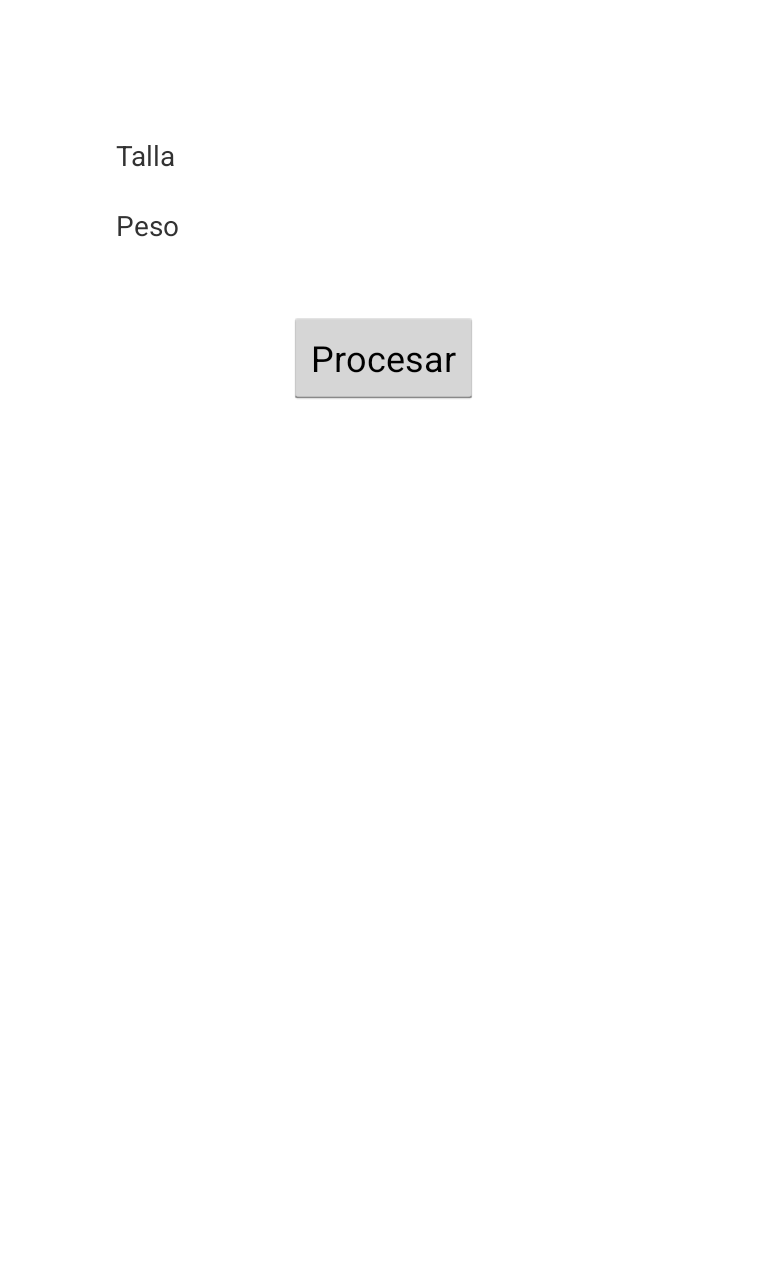
Repository: Joelnuan/joel-android-2
Layout: Session2/res/layout/activity_pantalla2.xml
These files come from the project's save history. The layout is drawn as it stood at one moment and after the next save; the edit follows.
It is drawn on a 768 x 1280 px phone screen (xhdpi) without system bars, with theme AppTheme; the app's code is not run.

Above is the layout before, as saved 2015-05-31 16:38:58.

### Session2/res/layout/activity_pantalla2.xml
<RelativeLayout xmlns:android="http://schemas.android.com/apk/res/android"
    xmlns:tools="http://schemas.android.com/tools"
    android:layout_width="match_parent"
    android:layout_height="match_parent"
    android:paddingBottom="@dimen/activity_vertical_margin"
    android:paddingLeft="@dimen/activity_horizontal_margin"
    android:paddingRight="@dimen/activity_horizontal_margin"
    android:paddingTop="@dimen/activity_vertical_margin"
    tools:context=".Pantalla2" >

    <TextView
        android:id="@+id/txtTalla"
        android:layout_width="wrap_content"
        android:layout_height="wrap_content"
        android:layout_alignParentLeft="true"
        android:layout_alignParentTop="true"
        android:layout_marginLeft="42dp"
        android:layout_marginTop="52dp"
        android:text="@string/etiqueta_talla" />

    <TextView
        android:id="@+id/txtPeso"
        android:layout_width="wrap_content"
        android:layout_height="wrap_content"
        android:layout_alignLeft="@+id/txtTalla"
        android:layout_below="@+id/txtTalla"
        android:layout_marginTop="16dp"
        android:text="@string/etiqueta_peso" />

    <Button
        android:id="@+id/btnProcesar"
        android:layout_width="wrap_content"
        android:layout_height="wrap_content"
        android:layout_below="@+id/txtPeso"
        android:layout_centerHorizontal="true"
        android:layout_marginTop="33dp"
        android:text="@string/boton_procesar" />

</RelativeLayout>

### Session2/res/values/strings.xml
<?xml version="1.0" encoding="utf-8"?>
<resources>

    <string name="app_name">Session2</string>
    <string name="action_settings">Settings</string>
    <string name="hello_world">Hello world!</string>
    <string name="menu2">Pantalla 2</string>
    <string name="title_activity_pantalla2">Pantalla 3</string>
    <string name="title_activity_pantalla3">Pantalla 4</string>
    <string name="title_activity_pantalla4">Pantalla 5</string>


    <!-- Esto es un comentario -->
    <!-- Etiqueta para la talla -->
    <string name="etiqueta_talla">Talla</string>
    <!-- Etiqueta para el peso -->
    <string name="etiqueta_peso">Peso</string>

    <string name="boton_procesar">Procesar</string>

</resources>

Loaded but not shown: Session2/res/values/styles.xml (common file); Session2/res/values-v11/styles.xml (common file); Session2/res/values-v14/styles.xml (common file); Session2/res/values/dimens.xml (common file)

After the next save:
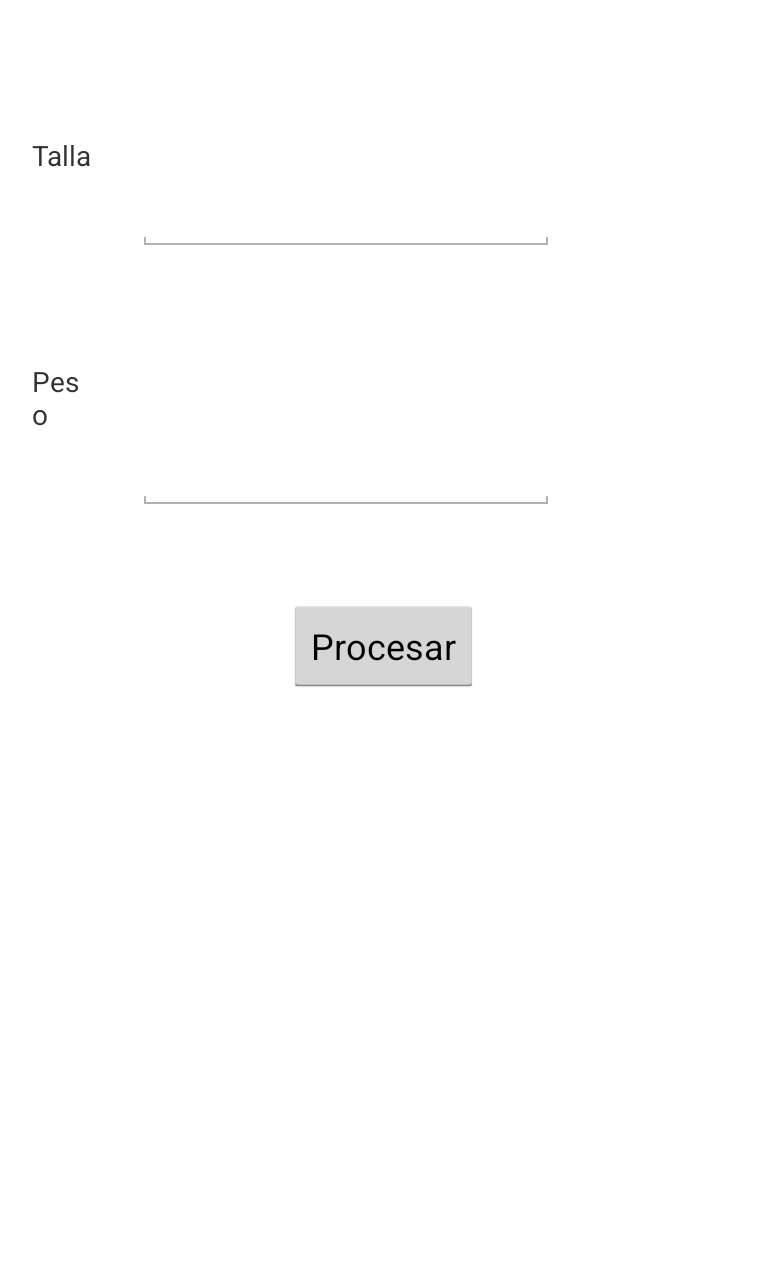
Saved 4 min 32 s later.
--- a/Session2/res/layout/activity_pantalla2.xml
+++ b/Session2/res/layout/activity_pantalla2.xml
@@ -12,28 +12,43 @@
         android:id="@+id/txtTalla"
         android:layout_width="wrap_content"
         android:layout_height="wrap_content"
-        android:layout_alignParentLeft="true"
         android:layout_alignParentTop="true"
-        android:layout_marginLeft="42dp"
         android:layout_marginTop="52dp"
         android:text="@string/etiqueta_talla" />
+
+    <EditText
+        android:id="@+id/inputPeso"
+        android:layout_width="wrap_content"
+        android:layout_height="wrap_content"
+        android:layout_alignLeft="@+id/inputTalla"
+        android:layout_below="@+id/txtPeso"
+        android:ems="10" />
 
     <TextView
         android:id="@+id/txtPeso"
         android:layout_width="wrap_content"
         android:layout_height="wrap_content"
-        android:layout_alignLeft="@+id/txtTalla"
         android:layout_below="@+id/txtTalla"
-        android:layout_marginTop="16dp"
+        android:layout_marginTop="94dp"
+        android:layout_toLeftOf="@+id/inputTalla"
         android:text="@string/etiqueta_peso" />
+
+    <EditText
+        android:id="@+id/inputTalla"
+        android:layout_width="wrap_content"
+        android:layout_height="wrap_content"
+        android:layout_below="@+id/txtTalla"
+        android:layout_marginLeft="22dp"
+        android:layout_toRightOf="@+id/txtTalla"
+        android:ems="10" />
 
     <Button
         android:id="@+id/btnProcesar"
         android:layout_width="wrap_content"
         android:layout_height="wrap_content"
-        android:layout_below="@+id/txtPeso"
+        android:layout_below="@+id/inputPeso"
         android:layout_centerHorizontal="true"
-        android:layout_marginTop="33dp"
+        android:layout_marginTop="43dp"
         android:text="@string/boton_procesar" />
 
 </RelativeLayout>
